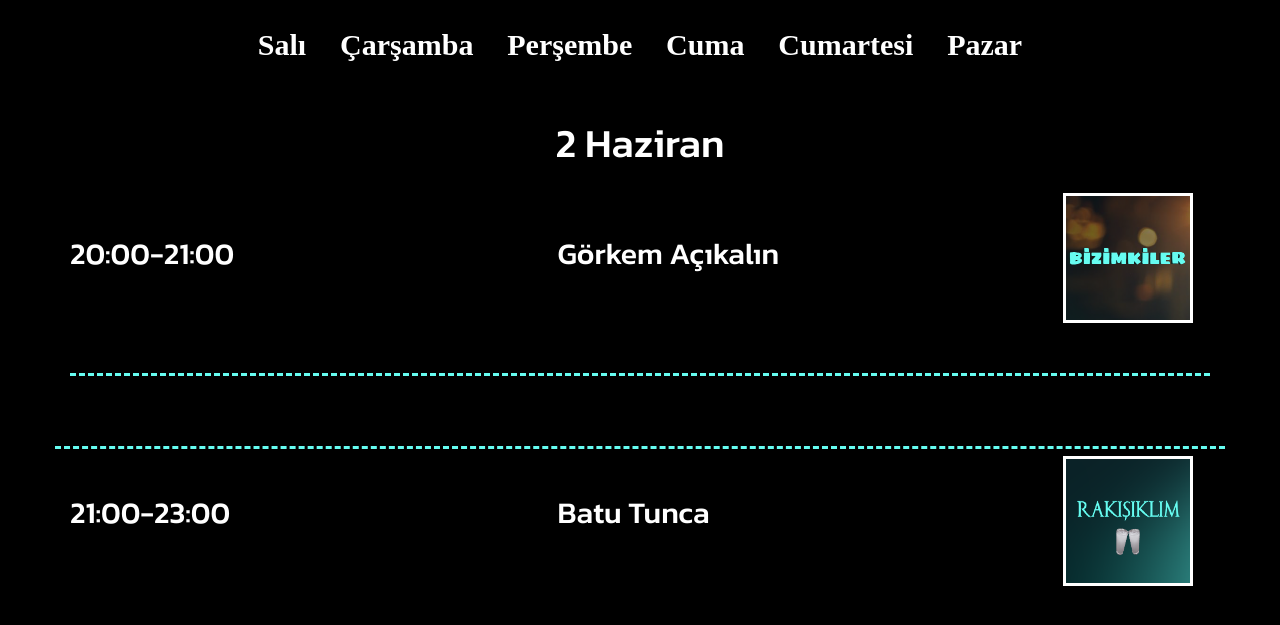
Repository: kaanistemi/program
Page: index.html
The author's editor kept a record of every edit. The page is drawn from the files as they stood at one moment, then again after the next edit.
The browser window is 1280 px wide. The pictures show the whole page.

Above is the page before.

After the next edit:
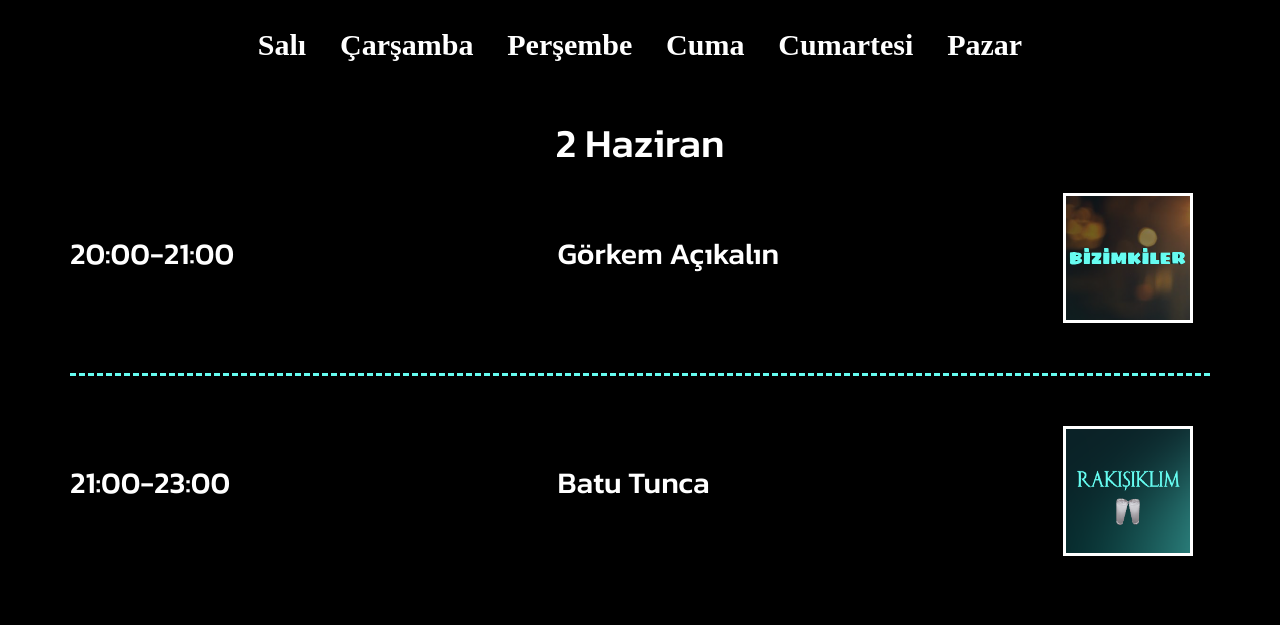
The edit:
--- a/index.html
+++ b/index.html
@@ -63,9 +63,11 @@
                         <div class="col-md-2">
                             <center><img src=assets/images/Rakisiklim_100x100.png alt="Istanbul1" class="rounded-circle" height=130 width=130></center>
                         </div>
-                        <div class="border"></div>
-                </div>
-            </div>
+
+                </div>
+
+            </div>
+
         </div>
         <div id="menu2" class="tab-pane fade">
             <div class="container">
